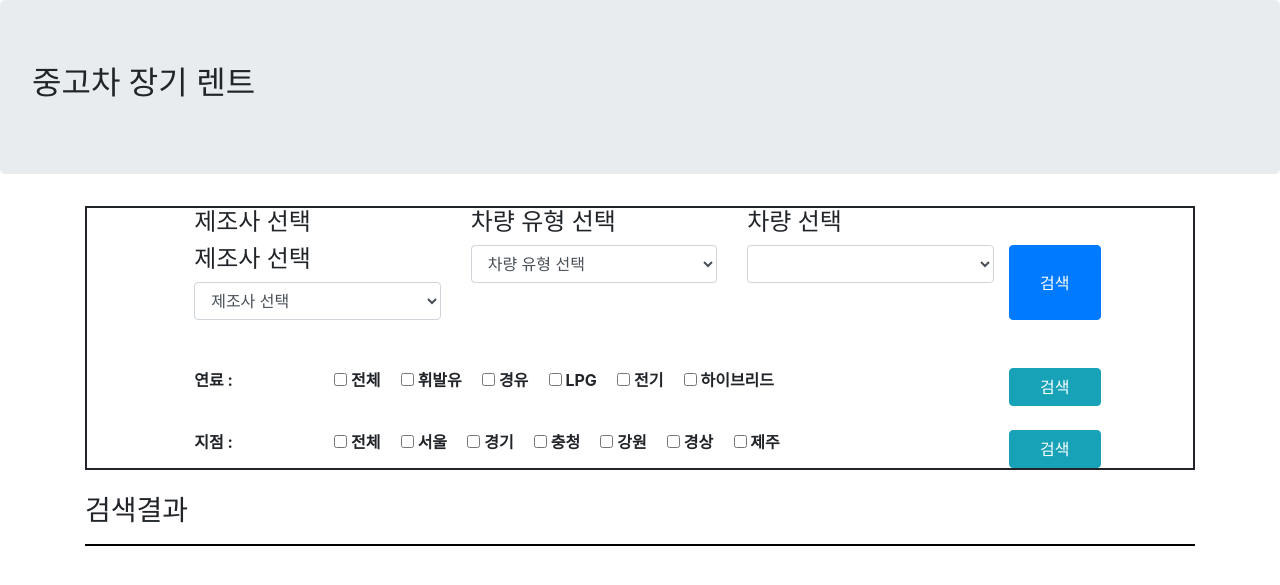
Repository: hyebinkim00/Project
Page: http://localhost/jsp/long_lent_oldcar/searchList.jsp
These files come from the project's save history. The page is drawn as it stood at one moment and after the next save; the edit follows.
The browser window is 1280 px wide. The pictures show the whole page.
The page is served by Tomcat 9. Queries for data that is not in the repository find no rows.

Above is the page before, as saved 2020-09-22 03:38:13.

After the next save:
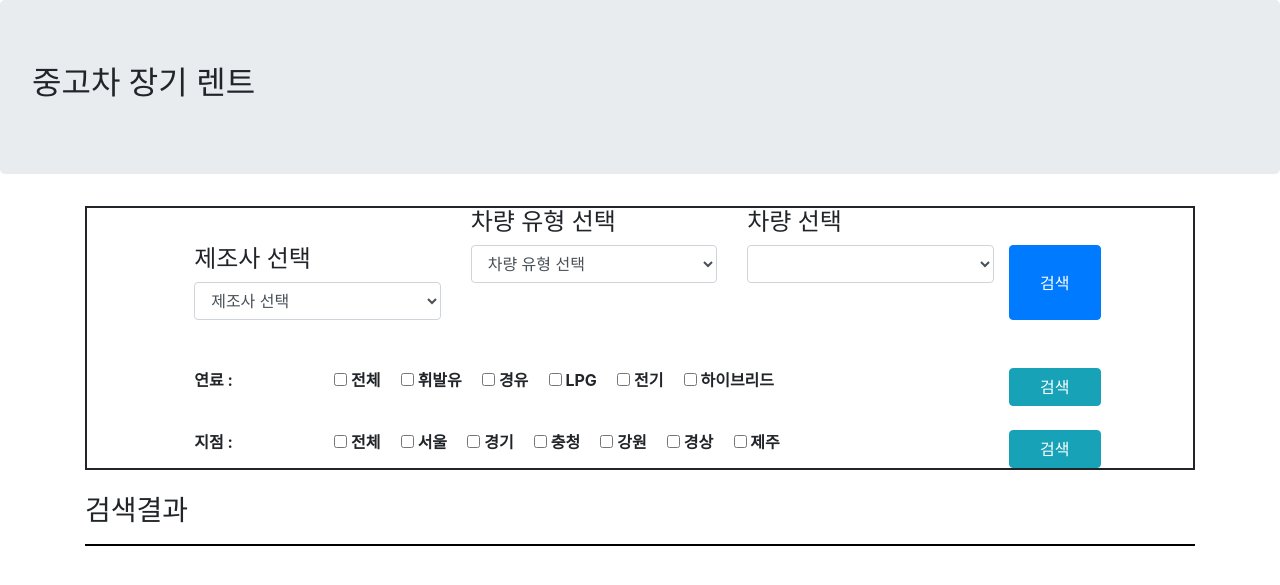
Saved 25 s later.
--- a/jsp/WebContent/long_lent_oldcar/searchList.jsp
+++ b/jsp/WebContent/long_lent_oldcar/searchList.jsp
@@ -137,7 +137,7 @@ function optest(){
   <div class="container" style="border:solid 2px;">
   <div class="row">
    <span class="col-sm-1">&nbsp;</span>
-  <div class="col-sm-3"><h4>제조사 선택</h4></div>
+  <div class="col-sm-3"></div>
   <div class="col-sm-3"><h4>차량 유형 선택</h4></div>
   <div class="col-sm-3"><h4>차량 선택</h4> </div>
    <span class="col-sm-2">&nbsp;</span>
